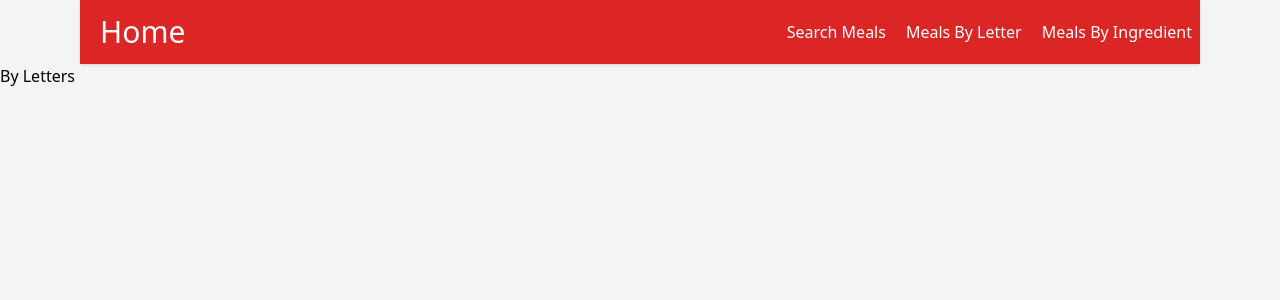
Repository: HalemX/meals
Page: /by-letter
These files come from the project's save history. The page is drawn as it stood at one moment and after the next save; the edit follows.
The browser window is 1280 px wide. The pictures show the whole page.
The project was rebuilt for these pictures with package versions that can differ from the ones it lists, and the page was loaded fresh each time. Also part of the build but not shown: vite.config.js, src/pages/home/Home.vue, src/components/layout/GuestLayout.vue, src/pages/meals/MealsByIngredient.vue, src/components/ui/BaseButtons.vue, src/components/meals_by_name/AllMealsByName.vue, src/pages/meals/MealsByName.vue, src/components/meals_components/MealDetails.vue.

Above is the page before, as saved 2024-02-11 12:45:19.

### index.html
<!DOCTYPE html>
<html lang="en">
  <head>
    <meta charset="UTF-8" />
    <link rel="icon" type="image/svg+xml" href="/vite.svg" />
    <meta name="viewport" content="width=device-width, initial-scale=1.0" />
    <title>Vite + Vue</title>
  </head>
  <body class="bg-gray-100 h-full">
    <div id="app"></div>
    <script type="module" src="/src/main.js"></script>
  </body>
</html>

### src/main.js
import { createApp } from "vue";

import router from "./router";
import store from "./store";
import "./style.css";

import App from "./App.vue";

const app = createApp(App);
app.use(router);
app.use(store);

app.mount("#app");

### src/router/index.js
import { createRouter, createWebHistory } from "vue-router";

import Home from "../pages/home/Home.vue";

import DefaultLayout from "../components/layout/DefaultLayout.vue";
import GuestLayout from "../components/layout/GuestLayout.vue";

import MealsByIngredient from "../pages/meals/MealsByIngredient.vue";
import MealsByLetters from "../pages/meals/MealsByLetters.vue";
import MealsByName from "../pages/meals/MealsByName.vue";
import MealDetails from "../components/meals_components/MealDetails.vue";

const routes = [
  {
    path: "/",
    component: DefaultLayout,
    children: [
      {
        path: "/",
        name: "home",
        component: Home,
      },
      {
        path: "/by-letter/:letter?",
        name: "byLetter",
        component: MealsByLetters,
      },
      {
        path: "/by-name/:name?",
        name: "byName",
        component: MealsByName,
      },
      {
        path: "/by-ingredient/:ingredient?",
        name: "byIngredient",
        component: MealsByIngredient,
      },
      {
        path: "/meal/:id",
        name: "mealDetails",
        component: MealDetails,
      },
    ],
  },
  {
    path: "/guest",
    component: GuestLayout,
    children: [],
  },
];

const router = createRouter({
  history: createWebHistory(),
  routes,
});

export default router;

### src/store/index.js
import { createStore } from "vuex";

import mealsModule from "./modules/meals/index";

const store = createStore({
  modules: {
    mealsModule,
  },
});

export default store;

### src/App.vue
<template>
  <router-view v-slot="slotProps">
    <transition name="route" mode="out-in">
      <component :is="slotProps.Component"></component>
    </transition>
  </router-view>
</template>

<style scoped>
.route-enter-from {
  opacity: 0;
  transform: translateY(-30px);
}
.route-leave-to {
  opacity: 0;
  transform: translateY(30px);
}
.route-enter-active {
  transition: all 0.4s ease-out;
}
.route-enter-active {
  transition: all 0.4s ease-in;
}
.route-enter-to,
.route-leave-from {
  opacity: 1;
  transform: translateY(0);
}
</style>

### src/components/layout/DefaultLayout.vue
<template>
  <div>
    <navbar />
    <main>
      <router-view v-slot="slotProps">
        <transition name="route" mode="out-in">
          <component :is="slotProps.Component"></component>
        </transition>
      </router-view>
    </main>
  </div>
</template>

<script>
import Navbar from "./Navbar.vue";
export default {
  components: {
    Navbar,
  },
};
</script>

<style scoped>
.route-enter-from {
  opacity: 0;
  transform: translateY(-30px);
}
.route-leave-to {
  opacity: 0;
  transform: translateY(30px);
}
.route-enter-active {
  transition: all 0.4s ease-out;
}
.route-enter-active {
  transition: all 0.4s ease-in;
}
.route-enter-to,
.route-leave-from {
  opacity: 1;
  transform: translateY(0);
}
</style>

### src/pages/meals/MealsByLetters.vue
<template>
  <div>By Letters</div>
</template>

<script setup></script>

### src/store/modules/meals/index.js
import mutations from "./mutations";
import actions from "./actions";
import getters from "./getters";

export default {
  state() {
    return {
      searchMealsByName: [],
    };
  },
  mutations,
  actions,
  getters,
};

### src/components/layout/Navbar.vue
<template>
  <header
    class="text-white shadow h-16 flex justify-between items-stretch bg-[#dc2626] mx-20"
  >
    <router-link
      class="text-3xl inline-flex items-center h-full px-5"
      :to="{ name: 'home' }"
      >Home</router-link
    >
    <div class="flex items-center gap-1">
      <router-link
        class="inline-flex items-center px-2 h-full transition-colors hover:bg-[#ef4444]"
        :to="{ name: 'byName' }"
        >Search Meals</router-link
      >
      <router-link
        class="inline-flex items-center px-2 h-full transition-colors hover:bg-[#f87171]"
        :to="{ name: 'byLetter' }"
        >Meals By Letter</router-link
      >
      <router-link
        class="inline-flex items-center px-2 h-full transition-colors hover:bg-[#f87171]"
        :to="{ name: 'byIngredient' }"
        >Meals By Ingredient</router-link
      >
    </div>
  </header>
</template>

<script>
export default {};
</script>

### src/axiosClient.js
import axios from "axios";

const axiosClient = axios.create({
  baseURL: "https://www.themealdb.com/api/json/v1/1/",
});

export default axiosClient;

### src/store/modules/meals/mutations.js
export default {
  setSearchMealsByName(state, meals) {
    state.searchMealsByName = meals;
  },
};

### src/store/modules/meals/actions.js
import axiosClient from "../../../axiosClient";

export default {
  async searchMealsByName(context, enterName) {
    const response = await axiosClient.get(`search.php?s=${enterName}`);

    const responseData = await response.data;

    context.commit("setSearchMealsByName", responseData.meals);
  },

  //   async fetchMeals(context) {
  //     const response = await fetch(
  //       "https://www.themealdb.com/api/json/v1/1/search.php?s=Arrabiata"
  //     );
  //     const responseData = await response.json();
  //     if (!response.ok) {
  //       const error = new Error(responseData.message || "Failed to fetch Meals");
  //       throw error;
  //     }
  //     // console.log(responseData.meals);
  //     // const meals = [];
  //     // for (const key in responseData) {
  //     //   const request = {
  //     //     id: key,
  //     //     coachId: coachId,
  //     //     userEmail: responseData[key].userEmail,
  //     //     message: responseData[key].message,
  //     //   };
  //     //   requests.push(request);
  //     // }
  //     context.commit("setMeals", responseData.meals.slice(0, 5));
  //   },
};

### src/store/modules/meals/getters.js
export default {
  getSearchMealsByName(state) {
    return state.searchMealsByName;
  },
};

### tailwind.config.js
/** @type {import('tailwindcss').Config} */
export default {
  content: ["./index.html", "./src/**/*.{vue,js,ts,jsx,tsx}"],
  theme: {
    extend: {},
  },
  plugins: [
    require("@tailwindcss/forms"),
    // ...
  ],
};

Loaded but not shown: src/style.css (common file)

After the next save:
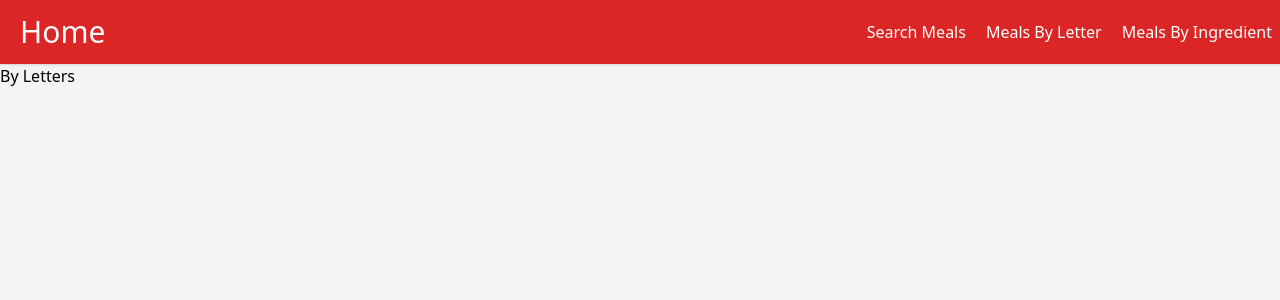
Saved 30 s later.
--- a/src/components/layout/Navbar.vue
+++ b/src/components/layout/Navbar.vue
@@ -1,6 +1,6 @@
 <template>
   <header
-    class="text-white shadow h-16 flex justify-between items-stretch bg-[#dc2626] mx-20"
+    class="text-white shadow h-16 flex justify-between items-stretch bg-[#dc2626]"
   >
     <router-link
       class="text-3xl inline-flex items-center h-full px-5"

After the 2 saves that followed:
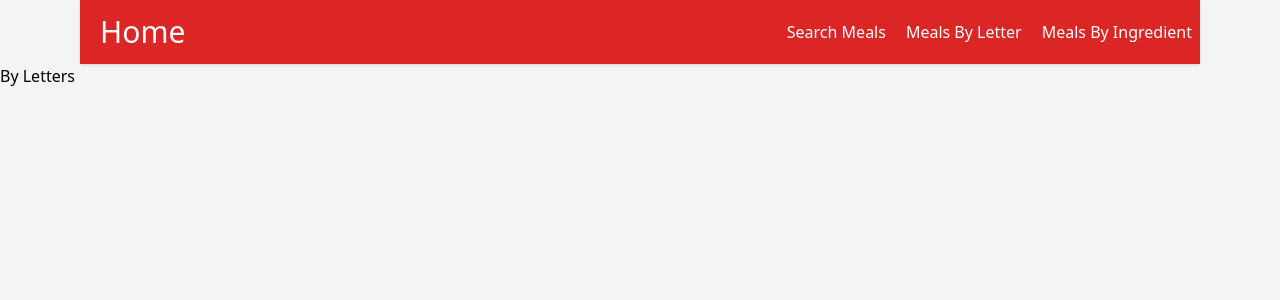
The 2 saves are shown as one change because 1 left the picture as it was.
The last was saved 12 s later.
--- a/src/components/layout/Navbar.vue
+++ b/src/components/layout/Navbar.vue
@@ -1,30 +1,32 @@
 <template>
-  <header
-    class="text-white shadow h-16 flex justify-between items-stretch bg-[#dc2626]"
-  >
-    <router-link
-      class="text-3xl inline-flex items-center h-full px-5"
-      :to="{ name: 'home' }"
-      >Home</router-link
+  <div class="mx-20">
+    <header
+      class="text-white shadow h-16 flex justify-between items-stretch bg-[#dc2626]"
     >
-    <div class="flex items-center gap-1">
       <router-link
-        class="inline-flex items-center px-2 h-full transition-colors hover:bg-[#ef4444]"
-        :to="{ name: 'byName' }"
-        >Search Meals</router-link
+        class="text-3xl inline-flex items-center h-full px-5"
+        :to="{ name: 'home' }"
+        >Home</router-link
       >
-      <router-link
-        class="inline-flex items-center px-2 h-full transition-colors hover:bg-[#f87171]"
-        :to="{ name: 'byLetter' }"
-        >Meals By Letter</router-link
-      >
-      <router-link
-        class="inline-flex items-center px-2 h-full transition-colors hover:bg-[#f87171]"
-        :to="{ name: 'byIngredient' }"
-        >Meals By Ingredient</router-link
-      >
-    </div>
-  </header>
+      <div class="flex items-center gap-1">
+        <router-link
+          class="inline-flex items-center px-2 h-full transition-colors hover:bg-[#ef4444]"
+          :to="{ name: 'byName' }"
+          >Search Meals</router-link
+        >
+        <router-link
+          class="inline-flex items-center px-2 h-full transition-colors hover:bg-[#f87171]"
+          :to="{ name: 'byLetter' }"
+          >Meals By Letter</router-link
+        >
+        <router-link
+          class="inline-flex items-center px-2 h-full transition-colors hover:bg-[#f87171]"
+          :to="{ name: 'byIngredient' }"
+          >Meals By Ingredient</router-link
+        >
+      </div>
+    </header>
+  </div>
 </template>
 
 <script>
